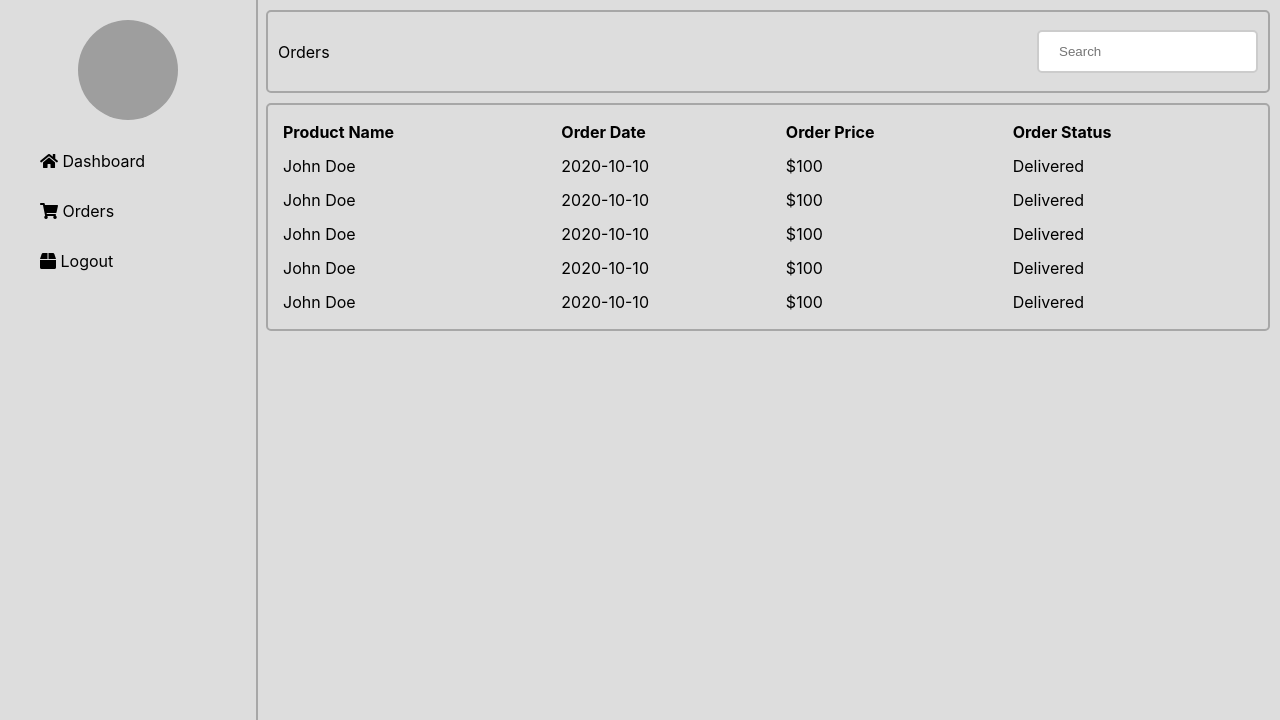
Repository: cjaymoni/FE_Submission02
Page: http://localhost/orders
The author's editor kept a copy of each file at every save. The page is drawn from the files as they stood at one save, then again after the next save.
The browser window is 1280 px wide. The pictures show the whole page.
Pictures or frames that could not be fetched are drawn as grey boxes. Some web libraries are served in a nearby version. The page is run by PHP 8.4 with error messages shown; the project is at /var/www/html/.

Above is the page before, as saved 2022-09-29 15:20:29.

After the next save:
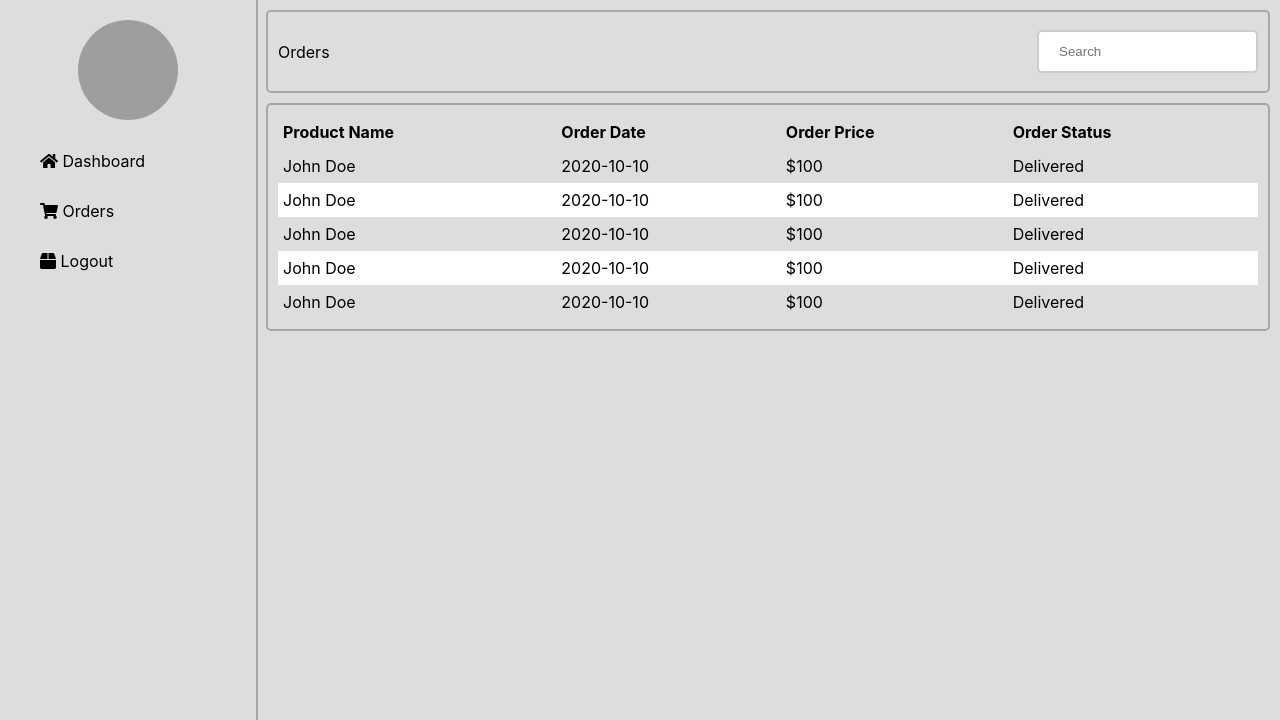
Saved 17 s later.
--- a/css/styles.css
+++ b/css/styles.css
@@ -186,5 +186,5 @@ th {
 }
 
 tr:nth-child(even) {
-    background-color: #dddddd;
+    background-color: #ffffff;
 }
